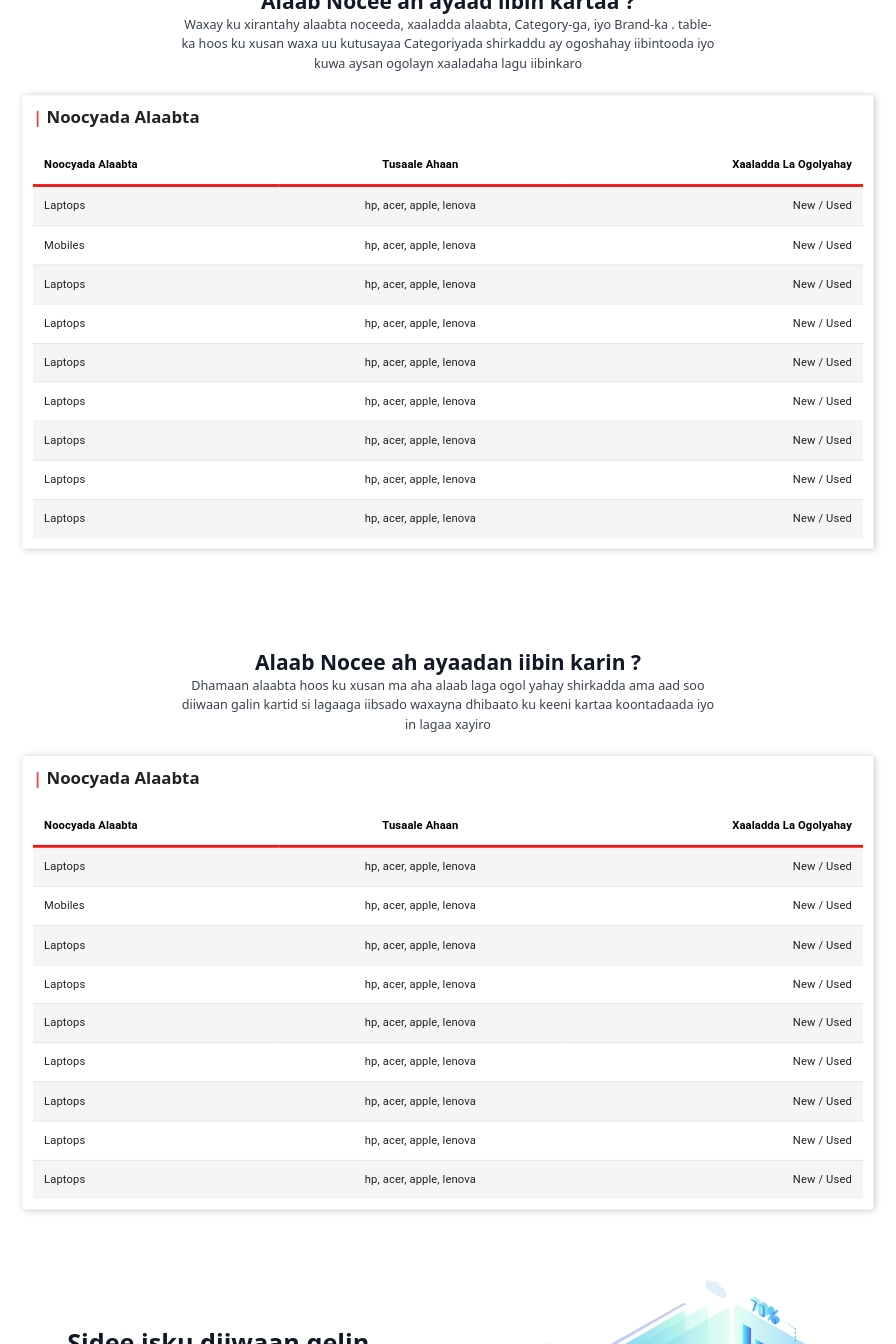
Repository: muraadso/Muraadso-Sellers
Page: /
An editor plug-in stored every save of this project. The page is shown before and after the next save, followed by the edit.
The browser window is 1280 px wide. The pictures show the part of the page from y = 2300 to 4220 px (the page is 7978 px tall), at 70% of full size.
The project was rebuilt for these pictures with package versions that can differ from the ones it lists, and the page was loaded fresh each time. The framework's server and built-in components were replaced by stand-ins that run in the browser. Also part of the build but not shown: next.config.js.

Above is the page before, as saved 2021-12-11 10:55:33.

### pages/_app.js
import '../styles/globals.css'
 import 'tailwindcss/tailwind.css'
import { Layout } from '../components/Layout'


function MyApp({ Component, pageProps }) {
  return (
    <Layout>
      <Component {...pageProps} />
    </Layout>
  )
}

export default MyApp

### styles/globals.css
@import url('https://fonts.googleapis.com/css2?family=Lato:ital,wght@0,300;0,400;0,700;0,900;1,700&family=Poppins:wght@200;300;400;500;600;700&display=swap');
html,
body {
  padding: 0 ;
  margin: 0;
  overflow-x: hidden !important;
  scroll-behavior: smooth;
}

a {
  color: inherit;
  text-decoration: none;
}

* {
  box-sizing: border-box;
}


.navbar {
  box-shadow: 2px 1px 7px rgba(0, 0, 0, 0.226);
  font-family: 'Poppins', sans-serif  ;
  font-weight: 500;

}
  .logo{
    font-family: 'Lato', sans-serif;
    font-weight: 700;
    color: rgb(233, 59, 59);
    font-size: 20px ;
  }
  .how-card{
    position: relative;
    box-shadow: 0 2px 10px rgba(0, 0, 0, 0.336) ;
  }
  .regimage{
    height: 500px;

  }
  .react-player {
    background-color: white !important;
    padding: 10px;
    box-shadow: 2px 1px 11px rgba(0, 0, 0, 0.226);
    border-radius: 2px;
  }
  .player-wrapper{
    overflow-x: hidden !important;
    /* width: 100% !important; */
  }


  .formcontainer{
    box-shadow: 2px 1px 11px rgba(0, 0, 0, 0.226);

  }



@media screen and  (max-width: 768px){
  .nav{
    padding-top: 40px;
    display: flex;
    flex-direction: column;

  }

  .how-card{
  margin-bottom: 25px;
}

.tablle{
  margin-bottom: 90px;
}
.tablle2{

}
 TableContainer{
   background-color: red;
   display: hidden;
 }
 .regimage{
    max-height: 300px;

  }
  .formcontainer{
    min-width: 110%;
  }

}




@tailwind base;
@tailwind components;
@tailwind utilities

### components/Hero.jsx
const Hero = () => {
    return (
        <div className="md:grid-cols-2 md:grid md:mt-11 hero">
                <div className="md:px-16 md:py-36 py-11 herotxt">
                    <h6 className="px-2 font-medium text-gray-500">ku iibi muraadso</h6>
                    <h1 className="my-5 text-3xl font-bold text-gray-800 capitalize md:font-bold md:text-gray-800 md:capitalize lg:text-6xl">sidee ugu iibin krtaa <br /> alaabtaada <span  className="text-red-600 md:text-red-600">muraadso</span></h1>

                    <p className="text-gray-700 md:text-left">
                         Whether you’ve already got an established e-commerce business , a great idea for a new product, or you just have a passion for selling, here’s how to take that next step with Muraadso </p>
                </div>

                <div className="heroimg">
                    <img className="w-4/4 "  src="/images/heroimage.png" alt="heroimage" />
                </div>
        </div>
    )
}

export default Hero

### components/About.jsx

const About = () => {
    return (
        <div className="mt-32">
            <h1 className="text-3xl font-bold text-center">Ku Iibso Muraadso</h1>
            <div className="gap-0 md:px-16 md:grid-cols-2 md:grid about-content">
                <div className="mt-12 aboutimg">
                  <img src="/images/aboutimage.png" className="md:h-96" alt="about image" />
                </div>
                <div className="md:mt-20 mt-11 about-text">
                    <p className="text-xl text-justify">
                        Muraadso waa hogaanka suuqa casriga ee online waana suuq aad ku iibin kartid alaabtaada, ahaw ganacsade alaabta sameeya, mid soo dajiya, si fudud ayaad ugu iibin kartaa suuqa casriga muraadso, sidoo kale ka mid noqo ganacsiyada shabakada internet ku iibiya alaabaha adiga oon ku kharash badan galin, kana faa’idaysanaya khubarada team ka muraadso helayana tobabaro iyo caawimo sidaad ugu iibin lahayd muraadso dhexdeeda Ku dhex iibta muraadso waa wax fudud sidoo kalena kharash yari kaaga bixi karo ama wax kharash ahi kaa baxayn, kaliya waxa lagaaga bahanyay in aad is diwaan galisid, kuna gurtid alaabta aad haysid online shirkada sidaana aad ku bilawdid iibka alaabtaada....<span className="text-red-600">Read More</span>
                    </p>
                </div>


            </div>
        </div>
    )
}

export default About

### components/Howtoreg.jsx
const Howtoreg = () => {
  return (
    <div className="flex flex-col md:p-16 howtoreg mb-11 md:mb-6 ">
      <div className="grid items-center justify-between md:grid-cols-2 registerdoc">
        <div className="space-y-4 regcontent">
          <h1 className="text-xl font-bold text-gray-900 md:text-4xl">Sidee isku diiwaan gelin kartaa ?</h1>
          <p className="text-lg text-gray-800 ">intaadan iska diiwaan gelin ka hor waxa aad u baahantahay in aad
            soo buuxisid shuruudahan hoos ku xusan .</p>
            <ol className="ml-4 space-y-2 font-medium text-gray-900 list-decimal">
              <li>Business Email</li>
              <li>Passport / National ID Card</li>
              <li>Phone Number / Marchent Account </li>
              <li>Business Government Registration</li>
            </ol>
        </div>
        <div className="flex items-center justify-end regimage">
          <img className="regimage" src="/images/registrationn.png" alt="" />
        </div>

      </div>
      <div className="flex flex-col items-center justify-center space-y-4 md:space-x-24 md:flex-row acceptterms">
        <div className="flex flex-row items-center justify-center check">
        </div>
        <div className="items-center justify-center text-center">
        <button className="items-center justify-center px-24 py-3 text-sm text-white bg-red-600 md:text-center md:text-lg md:px-24 md:py-4 ">Register Now</button>
        </div>
      </div>


    </div>
  )
}

export default Howtoreg

### components/Whatsell.jsx
import * as React from 'react';
import { styled } from '@mui/material/styles';
import Table from '@mui/material/Table';
import TableBody from '@mui/material/TableBody';
import TableCell, { tableCellClasses } from '@mui/material/TableCell';
import TableContainer from '@mui/material/TableContainer';
import TableHead from '@mui/material/TableHead';
import TableRow from '@mui/material/TableRow';
import Paper from '@mui/material/Paper';

const StyledTableCell = styled(TableCell)(({ theme }) => ({

  [`&.${tableCellClasses.head}`]: {
    backgroundColor: theme.palette.common.white,
    color: theme.palette.common.black,
    borderBottom: '4px solid rgb(240, 17, 17)' ,
    fontSize: '16px',
    fontWeight: '600',

  },
  [`&.${tableCellClasses.body}`]: {
    fontSize: 16,
  },
}));

const StyledTableRow = styled(TableRow)(({ theme }) => ({
  '&:nth-of-type(odd)': {
    backgroundColor: theme.palette.action.hover,


  },
  // hide last border
  '&:last-child td, &:last-child th': {
    border: 0,
  },
}));





function createData(noocaAlaabta, tusaale, xaaladda) {
  return { noocaAlaabta, tusaale, xaaladda };
}

const rows = [
  createData('Laptops', 'hp, acer, apple, lenova ', 'New / Used'),
  createData('Mobiles', 'hp, acer, apple, lenova ', 'New / Used'),
  createData('Laptops', 'hp, acer, apple, lenova ', 'New / Used'),
  createData('Laptops', 'hp, acer, apple, lenova ', 'New / Used'),
  createData('Laptops', 'hp, acer, apple, lenova ', 'New / Used'),
  createData('Laptops', 'hp, acer, apple, lenova ', 'New / Used'),
  createData('Laptops', 'hp, acer, apple, lenova ', 'New / Used'),
  createData('Laptops', 'hp, acer, apple, lenova ', 'New / Used'),
  createData('Laptops', 'hp, acer, apple, lenova ', 'New / Used'),

];

export default function Whatsell() {
  return (
      <>
    <div className="flex flex-col items-center md:justify-center md:mb-36 tablle mb-11">
                <h1 className="text-xl font-bold text-center text-gray-900 md:text-3xl">Alaab Nocee ah ayaad iibin kartaa ?</h1>
                <p className="max-w-3xl mb-8 text-sm text-center text-gray-700 md:text-lg">Waxay ku xirantahy alaabta noceeda, xaaladda alaabta, Category-ga, iyo Brand-ka .
                table-ka hoos ku xusan waxa uu kutusayaa Categoriyada shirkaddu ay ogoshahay iibintooda
                iyo kuwa aysan ogolayn xaaladaha lagu iibinkaro </p>

            <TableContainer className="mw-screen-lg TableContainer" component={Paper} sx={{ padding: "15px", minWidth: 380 , maxWidth: 1500, boxShadow: '2px 1px 11px rgba(0, 0, 0, 0.226)' }}>
        <h1 className="mb-6 text-2xl font-bold "> <span className="font-black text-red-500 ">|</span> Noocyada Alaabta</h1>
      <Table sx={{ minWidth: 500 }} aria-label="customized table">
        <TableHead>
          <TableRow>
            <StyledTableCell>Noocyada Alaabta</StyledTableCell>
            <StyledTableCell align="center"> Tusaale Ahaan</StyledTableCell>
            <StyledTableCell align="right">Xaaladda La Ogolyahay</StyledTableCell>
          </TableRow>
        </TableHead>
        <TableBody>
          {rows.map((row) => (
            <StyledTableRow key={row.noocaAlaabta} sx={{backgroundColor: 'white'}}>
              <StyledTableCell component="th" scope="row">
                {row.noocaAlaabta}
              </StyledTableCell>
              <StyledTableCell   align="center">{row.tusaale}</StyledTableCell>
              <StyledTableCell align="right">{row.xaaladda}</StyledTableCell>
            </StyledTableRow>
          ))}
        </TableBody>
      </Table>
    </TableContainer>

    </div>

    <div className="flex flex-col items-center md:justify-center tablle ">
               <h1 className="text-xl font-bold text-center text-gray-900 md:text-3xl">Alaab Nocee ah ayaadan iibin karin ?</h1>
            <p className="max-w-3xl mb-8 text-sm text-center text-gray-700 md:text-lg">Dhamaan alaabta hoos ku xusan ma aha alaab laga ogol yahay shirkadda
                ama aad soo diiwaan galin kartid si lagaaga iibsado waxayna dhibaato
                ku keeni kartaa koontadaada iyo in lagaa xayiro</p>

            <TableContainer className="mw-screen-lg TableContainer" component={Paper} sx={{ padding: "15px", minWidth: 370 , maxWidth: 1500, boxShadow: '2px 1px 11px rgba(0, 0, 0, 0.226)' }}>
        <h1 className="mb-6 text-2xl font-bold "> <span className="font-black text-red-500 ">|</span> Noocyada Alaabta</h1>
      <Table sx={{ minWidth: 500 }} aria-label="customized table">
        <TableHead>
          <TableRow>
            <StyledTableCell>Noocyada Alaabta</StyledTableCell>
            <StyledTableCell align="center"> Tusaale Ahaan</StyledTableCell>
            <StyledTableCell align="right">Xaaladda La Ogolyahay</StyledTableCell>
          </TableRow>
        </TableHead>
        <TableBody>
          {rows.map((row) => (
            <StyledTableRow key={row.noocaAlaabta} sx={{backgroundColor: 'white'}}>
              <StyledTableCell component="th" scope="row">
                {row.noocaAlaabta}
              </StyledTableCell>
              <StyledTableCell   align="center">{row.tusaale}</StyledTableCell>
              <StyledTableCell align="right">{row.xaaladda}</StyledTableCell>
            </StyledTableRow>
          ))}
        </TableBody>
      </Table>
    </TableContainer>

    </div>


     </>
  );
}

### components/Howtolist.jsx
import ReactPlayer from 'react-player'


const Howtoreg = () => {
  return (
    <div className="flex flex-col space-y-11 md:space-y-24 md:p-16 howtoreg">
      <div className="grid items-center justify-between md:grid-cols-2 registerdoc">
        <div className="space-y-4 regcontent">
          <h1 className="text-xl font-bold text-gray-900 md:text-4xl">Alaabtaada habkan uso diiwaan geli</h1>
          <p className="text-lg text-gray-800 ">kadib marka laguu ogolaado in aad soo diiwaan gelisid alaabtaada
waxaa muhiim ah in aad qaadid talaabooyinkan si alaabta aad
u diiwaan gelisid ay uga soo muuqato Bogga MURAADSO</p>
            <ol className="ml-4 space-y-2 font-medium text-gray-900 list-decimal">
              <li>magaca alaabta oo dhamaystiran</li>
              <li>faahfaahinta alaabta </li>
              <li>xaddiga aad ka haysid alaabta </li>
              <li>qiimaha alaabta </li>
              <li>categoryga ay ka tirsantaha</li>
              <li>brand-ka alaabta ama shirkada smaysay</li>
              <li>4 ama 3 sawir oo quality-goodu sareeyo</li>
              <li>alaabta features-keeda</li>
              <li>alaabta tag-skeeda ama keywordskeda</li>
            </ol>
        </div>
        <div className="flex items-center justify-end regimage">
          <img className="regimage" src="/images/dashboard.png" alt="" />
        </div>

      </div>

      <div className="flex flex-col items-center justify-center space-y-6 watch">
          <h1 className="text-lg font-medium text-center md:font-bold md:text-xl ">Ama Daawo Video-gan Kuu Sharaxaya Habka looso geliyo Product</h1>
         <div className='flex items-center justify-center w-screen p-2 overflow-x-hidden mx-11 player-wrapper'>
        <ReactPlayer
          className=' react-player'
          url='hhttps://www.youtube.com/watch?v=qS5MdsgyWb4&t=5s'
        style={{
            backgroundColor: '#ff0000'
        }}

        />
      </div>
      </div>




    </div>
  )
}

export default Howtoreg

### components/Reg.jsx
import TextField from '@mui/material/TextField';
import Checkbox from '@mui/material/Checkbox';
import FormControlLabel from '@mui/material/FormControlLabel';



const Reg = () => {
    return (
        <div className="container flex flex-col items-center justify-center md:w-screen md:px-11 mb-36 ">
            <h1 className="text-lg font-bold text-center md:text-3xl ">Nagu Soo Biir Macmiil</h1>
            <div className="flex flex-col items-center justify-center py-10 mt-24 bg-white rounded md:w-9/12 md:px-11 space-y-7 formcontainer">
            <h1 className="text-lg font-bold text-center md:text-3xl ">Is Diiwaan Geli</h1>
                <div className="grid w-5/6 grid-cols-1 md:grid-cols-2 gap-x-6 gap-y-7 form">
                  <TextField id="outlined-basic" label="First Name" variant="outlined" />
                  <TextField id="outlined-basic" label="Last Name" variant="outlined" />
                  <TextField id="outlined-basic" label="Magaalada" variant="outlined" />
                  <TextField id="outlined-basic" label="Address" variant="outlined" />
                  <TextField type="number" id="outlined-basic" label="Phone Number" variant="outlined" />
                  <TextField id="outlined-basic" label="Magaca Ganasiga" variant="outlined" />
                  <TextField id="outlined-basic" label="Noca Ganasiga" variant="outlined" />
                </div>

                <div className="flex flex-col items-center justify-center text-center">
                    <FormControlLabel className="mb-2" control={<Checkbox />} label="I accept the privacy and policy" />
                   <button
                    className="items-center justify-center px-24 py-3 text-sm text-white bg-red-600 md:text-center md:text-lg md:px-24 md:py-4 ">
                        Register Now
                    </button>
        </div>
            </div>





        </div>
    )
}

export default Reg

### components/Navbar.jsx
import React, { useState } from "react";
import { HiOutlineMenuAlt2, HiOutlineMenuAlt3 } from "react-icons/hi";



export default function Navbar() {
  const [showNav, setShowNav] = useState(false);

  return (
    <nav className="sticky top-0 z-20 items-center justify-between bg-white px-14 md:px-24 md:py-3 navbar md:flex">
      <div className="flex items-center justify-between">
        <a href="#">
          <h2>Muraadso</h2>
        </a>


        {showNav ? (
          <HiOutlineMenuAlt3
            onClick={() => setShowNav(!showNav)}
            className="block w-10 h-10 p-2 cursor-pointer md:hidden" />

        ) : (
          <HiOutlineMenuAlt2
            onClick={() => setShowNav(!showNav)}
            className="block w-10 h-10 p-2 cursor-pointer md:hidden"
          />
        )}
      </div>

      <ul
        className={
          (showNav ? "left-0" : "-left-full") +
          " md:static fixed bottom-0 md:ml-24 top-14 md:flex md:space-x-6 items-center md:bg-transparent bg-gray-700 rounded md:rounded-none md:bg-white bg-opacity-90 md:w-auto w-10/12 md:text-gray-800 text-white  md:space-y-0 space-y-5 p-2 transition-left nav"
        }
      >
        <a href="#"> Home</a>
        <a href="#"> About</a>
        <a href="#"> Doc</a>
        <a href="#"> Contact Us</a>
      <a className="px-4 py-2 text-white bg-red-600 rounded" href="">Signup</a>
      </ul>
    </nav>
  );
}

























// const Navbar = () => {
//     return (
//         <div>
//      <div className="sticky top-0 z-20 items-center justify-between bg-white md:flex navbar">
//          <a className="logo" href="#">Muraadso</a>
//          <nav className="fixed bottom-0 items-center w-10/12 p-2 space-y-5 text-white bg-gray-500 md:static top-12 md:flex md:space-x-7 md:bg-transparent bg-opacity-90 md:w-auto md:text-gray-500 md:space-y-0 transition-left nav">
//              <a className="hover:text-red-600" href="">Home</a>
//              <a className="hover:text-red-600" href="">About</a>
//              <a className="hover:text-red-600" href="">Doc</a>
//              <a className="hover:text-red-600" href="">Contact Us</a>
//          </nav>
//          <a href="#" className="px-4 py-2 text-white bg-red-600 rounded hover:bg-red-700 signup ">Signup</a>
//      </div>

//         </div>
//     )
// }

// export default Navbar

### components/Footer.jsx
import FacebookIcon from '@mui/icons-material/Facebook';
import InstagramIcon from '@mui/icons-material/Instagram';
import YouTubeIcon from '@mui/icons-material/YouTube';
import Divider from '@mui/material/Divider';
import CopyrightIcon from '@mui/icons-material/Copyright';





const Footer = () => {
    return (
        <div className="px-2 py-8 border md:px-24 md:py-16 bg-gray-50 space-y-7">
            <div className="flex flex-col items-center justify-between space-y-4 md:flex-row upper md-space-y-0">

            <div className="flex items-center space-x-5 md:space-x-7 justify-items-start footercontent">
                <a href="#">About Us</a>
                <a href="#">How it Works</a>
                <a href="#">Nagu Dooro</a>
                <a href="#">Register</a>

            </div>

            <div className="footericons space-x-7">
                <FacebookIcon sx={{ fontSize: 30, color: "#ff5e5b" }} />
                <InstagramIcon sx={{ fontSize: 30, color: "#ff5e5b" }} />
                <YouTubeIcon sx={{ fontSize: 30, color: "#ff5e5b" }} />
            </div>

            </div>
            <Divider className="text-red-600">Muraadso.com</Divider>

            <div className="flex flex-col items-center justify-between space-y-3 md:space-y-0 md:flex-row bottom">
                <a href="#"> <CopyrightIcon className="items-center" sx={{fontSize: 15}} /> 2021 Muraadso.All rights reserved. </a>
                <div className="space-x-8 term">
                <a href="#">Privacy Policy</a>
                <a href="#">Terms Of Service</a>
                </div>


            </div>

        </div>
    )
}

export default Footer

Loaded but not shown: pages/api/hello.js (common file); styles/Home.module.css (common file); pages/index.js (32 lines, source omitted); tailwind.config.js (18 lines, source omitted); components/Layout.js (15 lines, source omitted); components/Whyus.jsx (70 lines, source omitted); components/How.jsx (66 lines, source omitted)

After the next save:
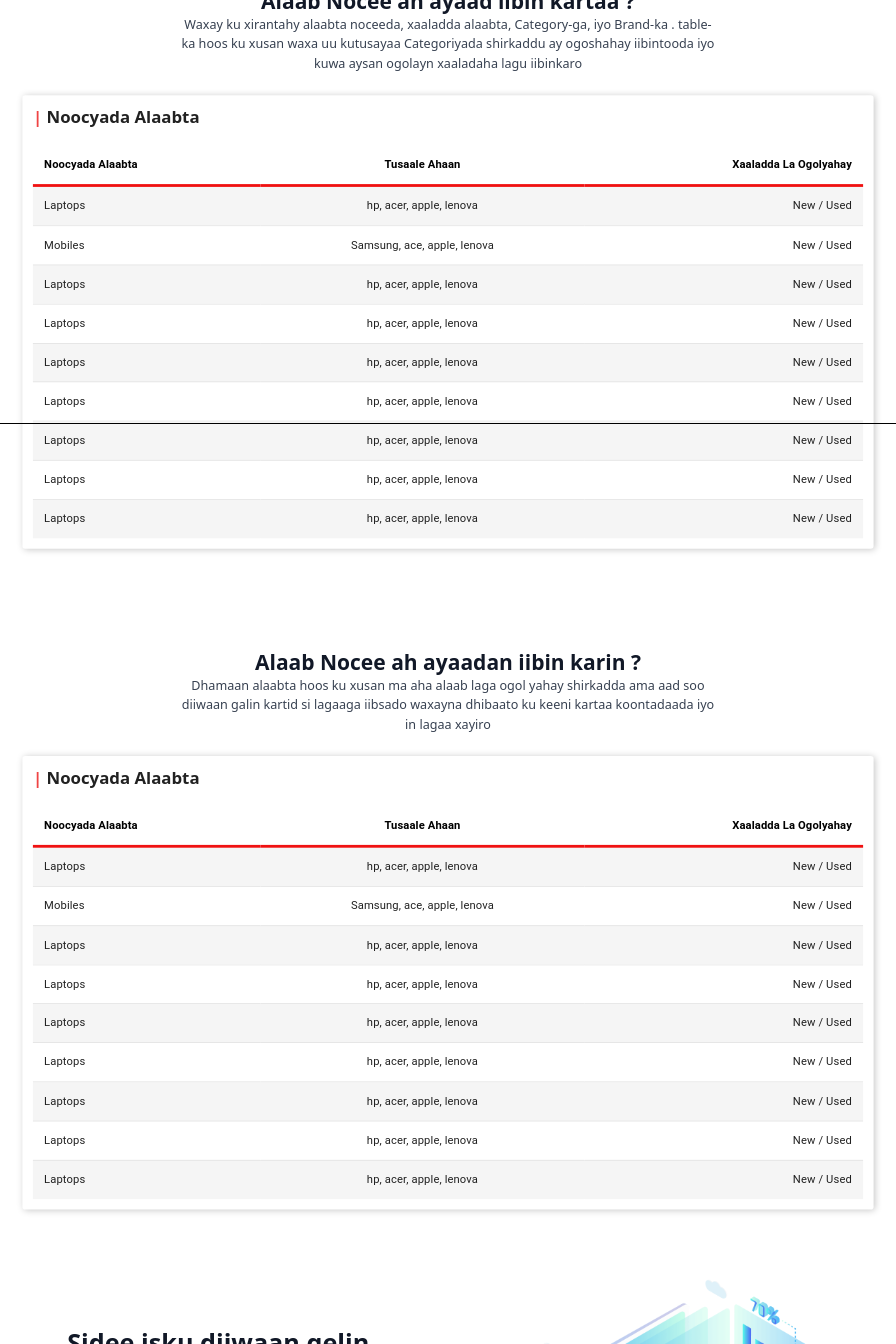
Saved 113 s later.
--- a/components/Whatsell.jsx
+++ b/components/Whatsell.jsx
@@ -45,7 +45,7 @@ function createData(noocaAlaabta, tusaale, xaaladda) {
 
 const rows = [
   createData('Laptops', 'hp, acer, apple, lenova ', 'New / Used'),
-  createData('Mobiles', 'hp, acer, apple, lenova ', 'New / Used'),
+  createData('Mobiles', 'Samsung, ace, apple, lenova ', 'New / Used'),
   createData('Laptops', 'hp, acer, apple, lenova ', 'New / Used'),
   createData('Laptops', 'hp, acer, apple, lenova ', 'New / Used'),
   createData('Laptops', 'hp, acer, apple, lenova ', 'New / Used'),
